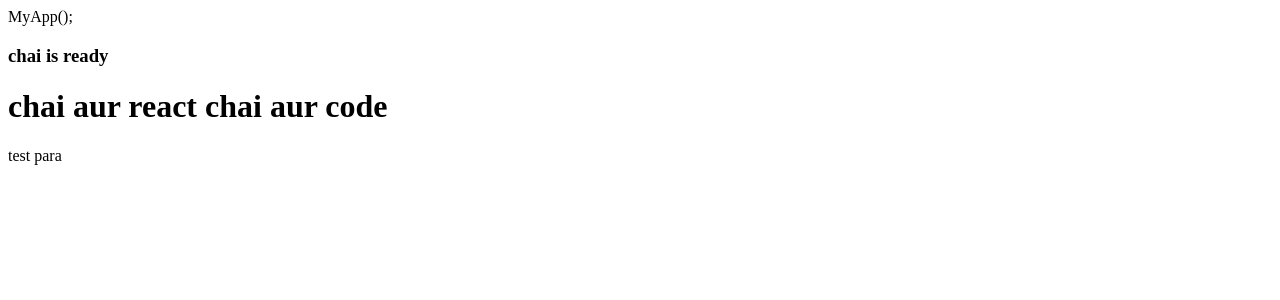
Repository: ARUN-YERRAM/REACTLEARNING
Page: / (app in 01vitereact/)
The author's editor kept a copy of each file at every save. The page is drawn from the files as they stood at one save, then again after the next save.
The browser window is 1280 px wide. The pictures show the whole page.
The project was rebuilt for these pictures with package versions that can differ from the ones it lists, and the page was loaded fresh each time. Also part of the build but not shown: 01vitereact/vite.config.js.

Above is the page before, as saved 2024-09-16 12:24:53.

### 01vitereact/src/main.jsx
import React from 'react'
import ReactDOM from 'react-dom/client'

import App from './App.jsx'

function MyApp(){
    return (
        <div>
            <h1>Custom App | chai</h1>
        </div>
    )
}

// const ReactElement = {
//     type: 'a',
//     props: {
//         href: 'https://google.com',
//         target: '_blank'
//     },
//     children: 'Click me to visit google'
// }

const anotherElement = (
    <a href="https://google.com" target='_blank'>Visit google</a>
)



const anotherUser = "chai aur react"

const reactElement = React.createElement(
    'a',
    {href: 'https://google.com',target: '_blank' },
    'click me to visit google',
    anotherElement
)

ReactDOM.createRoot(document.getElementById('root')).render(

    // reactElement
    <>
    MyApp();
    <App/>
    </>

)

Loaded but not shown: 01vitereact/index.html (common file); 01vitereact/src/App.jsx (common file); 01vitereact/src/chai.jsx (common file)

After the next save:
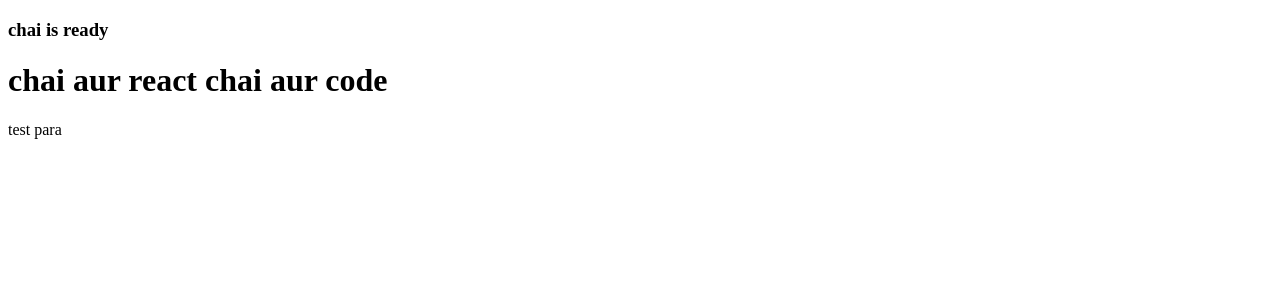
Saved 5 s later.
--- a/01vitereact/src/main.jsx
+++ b/01vitereact/src/main.jsx
@@ -39,7 +39,7 @@ ReactDOM.createRoot(document.getElementById('root')).render(
 
     // reactElement
     <>
-    MyApp();
+    {/* MyApp(); */}
     <App/>
     </>
 
